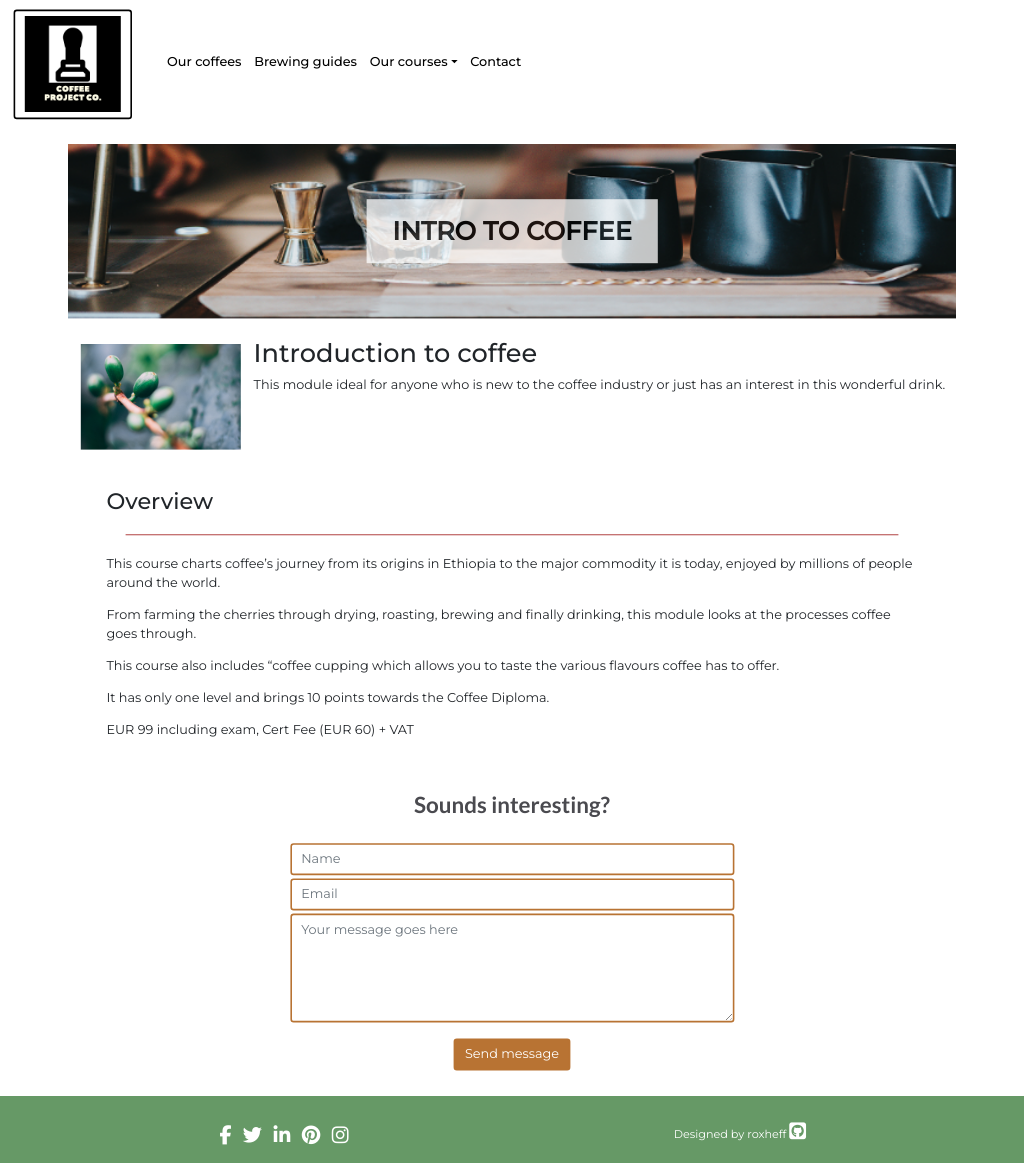
Repository: roxanahefferon/M1
Page: intro.html
The author's editor kept a record of every edit. The page is drawn from the files as they stood at one moment, then again after the next edit.
The browser window is 1280 px wide. The pictures show the whole page, at 80% of full size.
Some web libraries are served in a nearby version.

Above is the page before.

After the next edit:
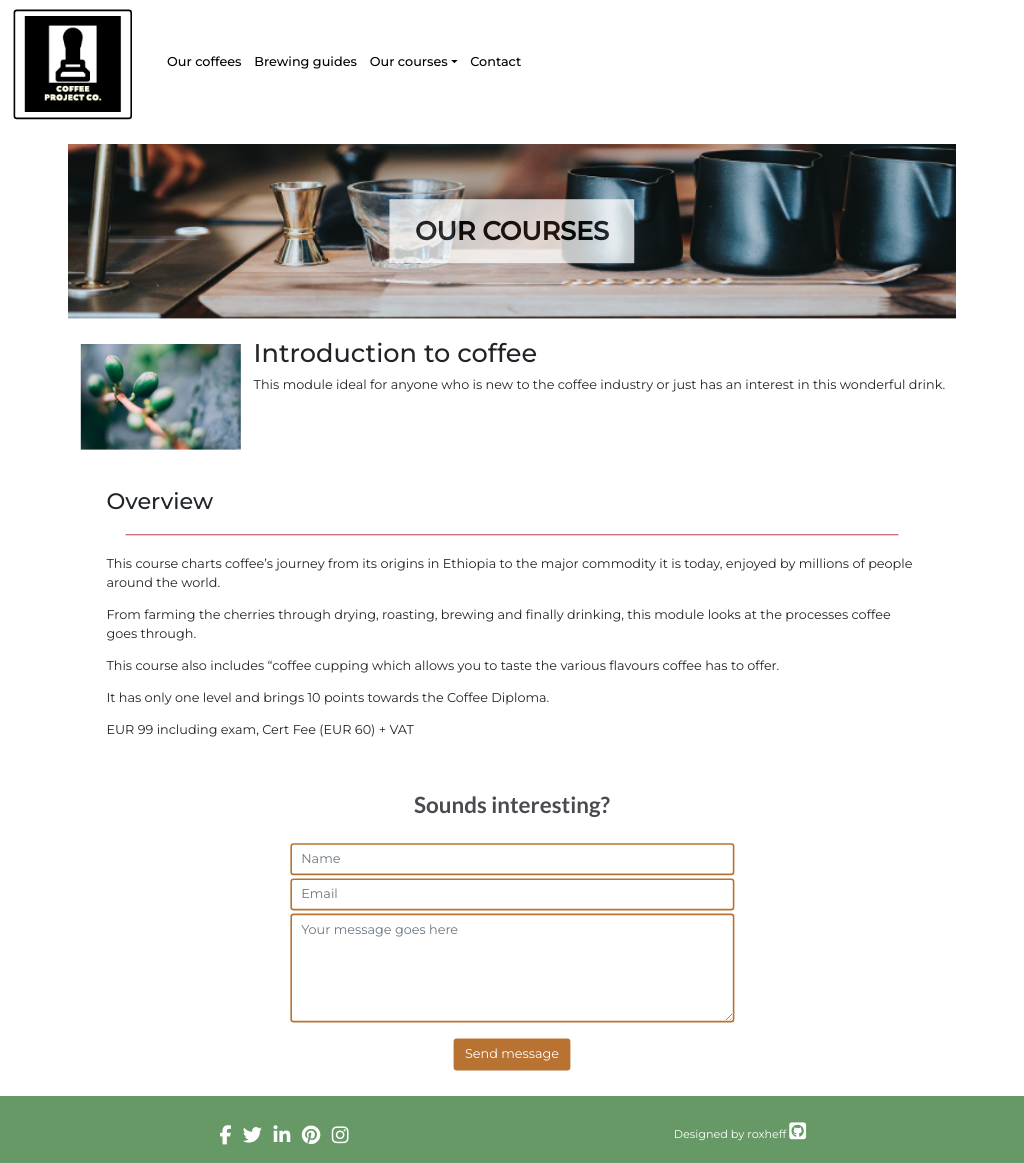
The edit:
--- a/intro.html
+++ b/intro.html
@@ -54,7 +54,7 @@
             <div class="row no-gutters">
                 <div class="col">
                     <img src="./assets/images/our-courses.png" alt="roasted coffee beans image" width=100% height=auto>
-                    <p class="ph-landing">Intro to Coffee</p>
+                    <p class="ph-landing uppercase">our courses</p>
                 </div>
             </div>
         </div>
